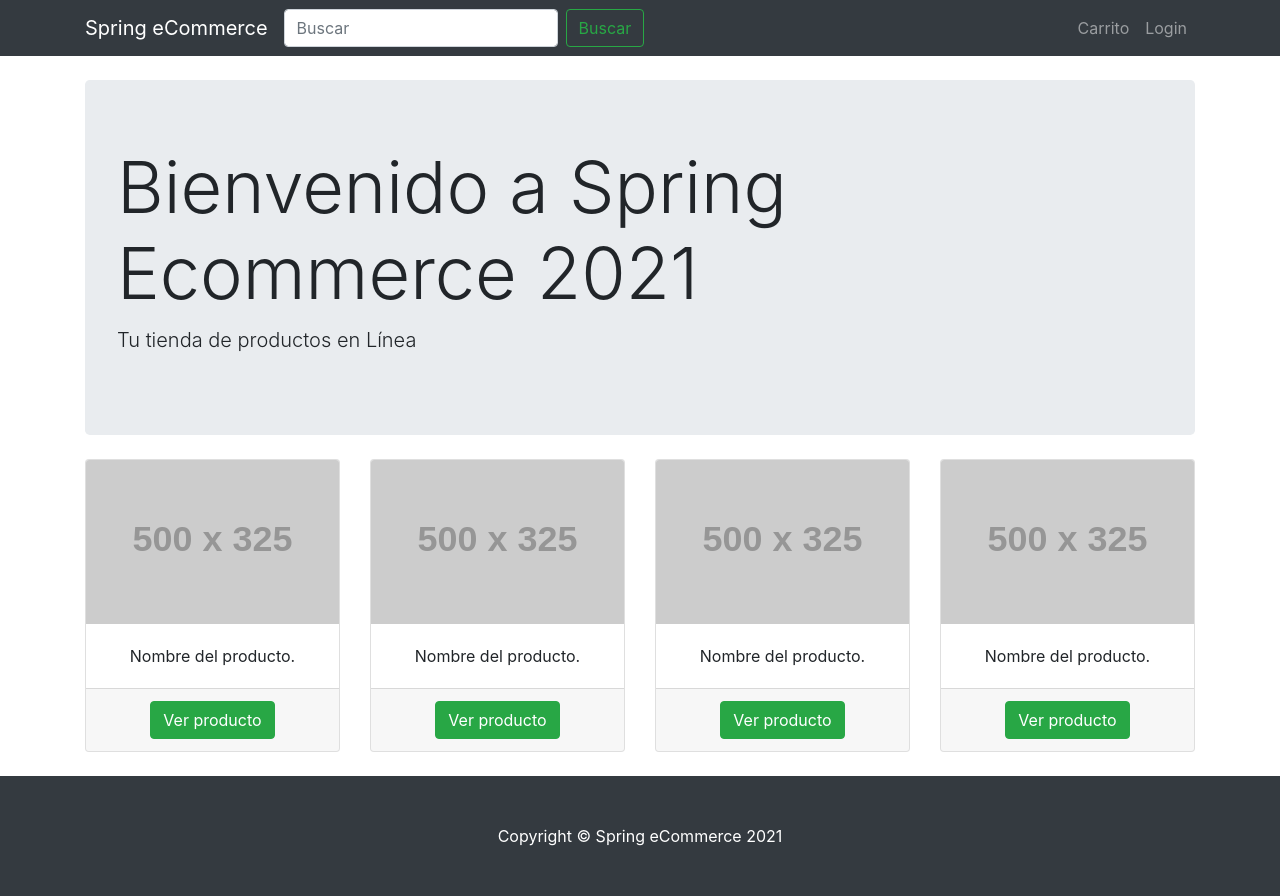
Repository: alexpool1122/Caso_Final_Laboratorio
Page: http://localhost/index
These files come from the project's save history. The page is drawn as it stood at one moment and after a run of saves; the edit follows.
The browser window is 1280 px wide. The pictures show the whole page.
The page is this project's Thymeleaf template; nobody is signed in. Other server files are loaded and not shown. The template is opened directly, without the code that normally fills it, so the values that code supplies are empty.

Above is the page before, as saved 2023-11-23 09:16:28.

### CasoFinal/src/main/resources/templates/index.html
<!DOCTYPE html>
<html xmlns="http://www.w3.org/1999/xhtml" xmlns:th="http://www.thymeleaf.org">
<head>
  <meta charset="utf-8">
  <meta name="viewport" content="width=device-width, initial-scale=1, shrink-to-fit=no">
  <meta name="description" content="">
  <meta name="author" content="">
  <title>Reservas</title>

<link th:href="@{vendor/bootstrap/css/bootstrap.min.css}" rel="stylesheet">

<link th:href="@{css/heroic-features.css}" rel="stylesheet">

</head>

<body>

  <div th:include="templado_header_footer.html::header"></div>

    <!-- Page Content -->
    <div class="container">

      <!-- Jumbotron Header -->
      <header class="jumbotron my-4">
        <h1 class="display-3">Bienvenido a Spring Ecommerce 2021</h1>
        <p class="lead">Tu tienda de productos en Línea</p>
      </header>

      <!-- Page Features -->
      <div class="row text-center">

        <div class="col-lg-3 col-md-6 mb-4">
          <div class="card h-100">
            <img class="card-img-top" src="http://placehold.it/500x325" alt="">
            <div class="card-body">
              <p class="card-text">Nombre del producto.</p>
            </div>
            <div class="card-footer">
              <a href="productohome.html" class="btn btn-success">Ver producto</a>
            </div>
          </div>
        </div>

        <div class="col-lg-3 col-md-6 mb-4">
          <div class="card h-100">
            <img class="card-img-top" src="http://placehold.it/500x325" alt="">
            <div class="card-body">
              <p class="card-text">Nombre del producto.</p>
            </div>
            <div class="card-footer">
              <a href="#" class="btn btn-success">Ver producto</a>
            </div>
          </div>
        </div>

        <div class="col-lg-3 col-md-6 mb-4">
          <div class="card h-100">
            <img class="card-img-top" src="http://placehold.it/500x325" alt="">
            <div class="card-body">
              <p class="card-text">Nombre del producto.</p>
            </div>
            <div class="card-footer">
              <a href="#" class="btn btn-success">Ver producto</a>
            </div>
          </div>
        </div>
        <div class="col-lg-3 col-md-6 mb-4">
          <div class="card h-100">
            <img class="card-img-top" src="http://placehold.it/500x325" alt="">
            <div class="card-body">
              <p class="card-text">Nombre del producto.</p>
            </div>
            <div class="card-footer">
              <a href="#" class="btn btn-success">Ver producto</a>
            </div>
          </div>
        </div>

      </div>
      <!-- /.row -->

    </div>
    <!-- /.container -->

    <!-- Footer -->
    <footer class="py-5 bg-dark">
      <div class="container">
        <p class="m-0 text-center text-white">Copyright &copy; Spring eCommerce 2021</p>
      </div>

    </footer>

    <script th:src="@{vendor/jquery/jquery.min.js}"></script>
    <script th:src="@{vendor/bootstrap/js/bootstrap.bundle.min.js}"></script>

  </body>

  </html>

### CasoFinal/src/main/resources/templates/templado_header_footer.html
<!DOCTYPE html>
<html xmlns="http://www.w3.org/1999/xhtml" xmlns:th="http://www.thymeleaf.org">

<head>
	<meta charset="utf-8">
	<meta name="viewport" content="width=device-width, initial-scale=1, shrink-to-fit=no">
	<meta name="description" content="">
	<meta name="author" content="">
	<title>Reservas</title>

	<link th:href="@{vendor/bootstrap/css/bootstrap.min.css}" rel="stylesheet">

	<link th:href="@{css/heroic-features.css}" rel="stylesheet">

</head>

<body>

	<div th:fragment="header">
		<nav class="navbar navbar-expand-lg navbar-dark bg-dark fixed-top">
			<div class="container">
				<a class="navbar-brand" href="#">Spring eCommerce</a>

				<form class="form-inline my-2 my-lg-0" method="post" action="#">
					<input class="form-control mr-sm-2" type="search" placeholder="Buscar" aria-label="Search"
						name="nombre" autocomplete="off">
					<button class="btn btn-outline-success my-2 my-sm-0" type="submit">Buscar</button>
				</form>


				<button class="navbar-toggler" type="button" data-toggle="collapse" data-target="#navbarResponsive"
					aria-controls="navbarResponsive" aria-expanded="false" aria-label="Toggle navigation">
					<span class="navbar-toggler-icon"></span>
				</button>
				<div class="collapse navbar-collapse" id="navbarResponsive">
					<ul class="navbar-nav ml-auto">
						<li class="nav-item"><a class="nav-link" href="carrito.html">Carrito</a></li>
						<li class="nav-item"><a class="nav-link" href="login.html">Login</a></li>
					</ul>
				</div>
			</div>
		</nav>
	</div>

	<div th:fragment="footer">
		<footer class="py-5 bg-dark">
			<div class="container">
				<p class="m-0 text-center text-white">Copyright &copy; Spring eCommerce 2021</p>
			</div>

		</footer>
	</div>
	<script th:src="@{vendor/jquery/jquery.min.js}"></script>
	<script th:src="@{vendor/bootstrap/js/bootstrap.bundle.min.js}"></script>

</body>

</html>

Loaded but not shown: CasoFinal/src/main/resources/static/css/heroic-features.css (common file)

After the next 2 saves:
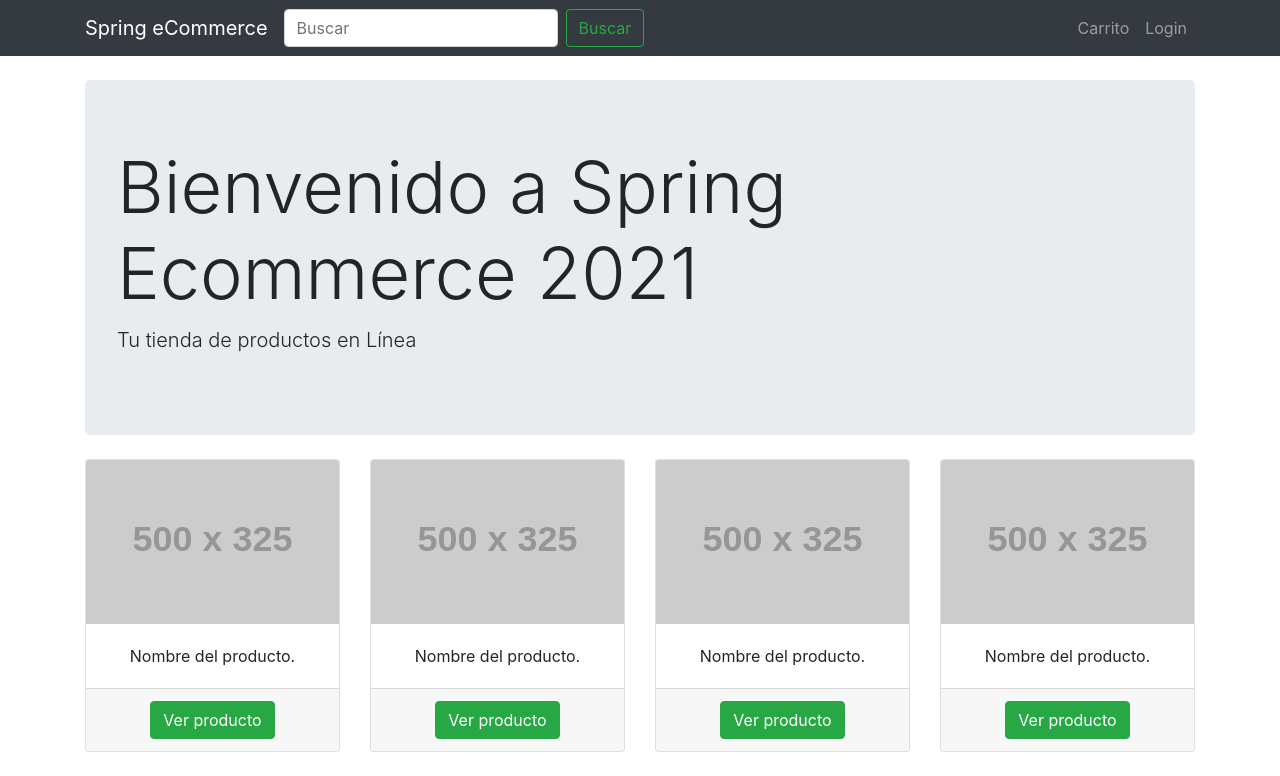
The 2 saves are shown as one change because they came seconds apart.
The last was saved 37 s later.
--- a/CasoFinal/src/main/resources/templates/index.html
+++ b/CasoFinal/src/main/resources/templates/index.html
@@ -1,98 +1,94 @@
 <!DOCTYPE html>
 <html xmlns="http://www.w3.org/1999/xhtml" xmlns:th="http://www.thymeleaf.org">
+
 <head>
-  <meta charset="utf-8">
-  <meta name="viewport" content="width=device-width, initial-scale=1, shrink-to-fit=no">
-  <meta name="description" content="">
-  <meta name="author" content="">
-  <title>Reservas</title>
+	<meta charset="utf-8">
+	<meta name="viewport" content="width=device-width, initial-scale=1, shrink-to-fit=no">
+	<meta name="description" content="">
+	<meta name="author" content="">
+	<title>Reservas</title>
 
-<link th:href="@{vendor/bootstrap/css/bootstrap.min.css}" rel="stylesheet">
+	<link th:href="@{vendor/bootstrap/css/bootstrap.min.css}" rel="stylesheet">
 
-<link th:href="@{css/heroic-features.css}" rel="stylesheet">
+	<link th:href="@{css/heroic-features.css}" rel="stylesheet">
 
 </head>
 
 <body>
 
-  <div th:include="templado_header_footer.html::header"></div>
+	<div th:include="templado_header_footer.html::header"></div>
 
-    <!-- Page Content -->
-    <div class="container">
+	<!-- Page Content -->
+	<div class="container">
 
-      <!-- Jumbotron Header -->
-      <header class="jumbotron my-4">
-        <h1 class="display-3">Bienvenido a Spring Ecommerce 2021</h1>
-        <p class="lead">Tu tienda de productos en Línea</p>
-      </header>
+		<!-- Jumbotron Header -->
+		<header class="jumbotron my-4">
+			<h1 class="display-3">Bienvenido a Spring Ecommerce 2021</h1>
+			<p class="lead">Tu tienda de productos en Línea</p>
+		</header>
 
-      <!-- Page Features -->
-      <div class="row text-center">
+		<!-- Page Features -->
+		<div class="row text-center">
 
-        <div class="col-lg-3 col-md-6 mb-4">
-          <div class="card h-100">
-            <img class="card-img-top" src="http://placehold.it/500x325" alt="">
-            <div class="card-body">
-              <p class="card-text">Nombre del producto.</p>
-            </div>
-            <div class="card-footer">
-              <a href="productohome.html" class="btn btn-success">Ver producto</a>
-            </div>
-          </div>
-        </div>
+			<div class="col-lg-3 col-md-6 mb-4">
+				<div class="card h-100">
+					<img class="card-img-top" src="http://placehold.it/500x325" alt="">
+					<div class="card-body">
+						<p class="card-text">Nombre del producto.</p>
+					</div>
+					<div class="card-footer">
+						<a href="productohome.html" class="btn btn-success">Ver producto</a>
+					</div>
+				</div>
+			</div>
 
-        <div class="col-lg-3 col-md-6 mb-4">
-          <div class="card h-100">
-            <img class="card-img-top" src="http://placehold.it/500x325" alt="">
-            <div class="card-body">
-              <p class="card-text">Nombre del producto.</p>
-            </div>
-            <div class="card-footer">
-              <a href="#" class="btn btn-success">Ver producto</a>
-            </div>
-          </div>
-        </div>
+			<div class="col-lg-3 col-md-6 mb-4">
+				<div class="card h-100">
+					<img class="card-img-top" src="http://placehold.it/500x325" alt="">
+					<div class="card-body">
+						<p class="card-text">Nombre del producto.</p>
+					</div>
+					<div class="card-footer">
+						<a href="#" class="btn btn-success">Ver producto</a>
+					</div>
+				</div>
+			</div>
 
-        <div class="col-lg-3 col-md-6 mb-4">
-          <div class="card h-100">
-            <img class="card-img-top" src="http://placehold.it/500x325" alt="">
-            <div class="card-body">
-              <p class="card-text">Nombre del producto.</p>
-            </div>
-            <div class="card-footer">
-              <a href="#" class="btn btn-success">Ver producto</a>
-            </div>
-          </div>
-        </div>
-        <div class="col-lg-3 col-md-6 mb-4">
-          <div class="card h-100">
-            <img class="card-img-top" src="http://placehold.it/500x325" alt="">
-            <div class="card-body">
-              <p class="card-text">Nombre del producto.</p>
-            </div>
-            <div class="card-footer">
-              <a href="#" class="btn btn-success">Ver producto</a>
-            </div>
-          </div>
-        </div>
+			<div class="col-lg-3 col-md-6 mb-4">
+				<div class="card h-100">
+					<img class="card-img-top" src="http://placehold.it/500x325" alt="">
+					<div class="card-body">
+						<p class="card-text">Nombre del producto.</p>
+					</div>
+					<div class="card-footer">
+						<a href="#" class="btn btn-success">Ver producto</a>
+					</div>
+				</div>
+			</div>
+			<div class="col-lg-3 col-md-6 mb-4">
+				<div class="card h-100">
+					<img class="card-img-top" src="http://placehold.it/500x325" alt="">
+					<div class="card-body">
+						<p class="card-text">Nombre del producto.</p>
+					</div>
+					<div class="card-footer">
+						<a href="#" class="btn btn-success">Ver producto</a>
+					</div>
+				</div>
+			</div>
 
-      </div>
-      <!-- /.row -->
+		</div>
+		<!-- /.row -->
 
-    </div>
-    <!-- /.container -->
+	</div>
+	<!-- /.container -->
 
-    <!-- Footer -->
-    <footer class="py-5 bg-dark">
-      <div class="container">
-        <p class="m-0 text-center text-white">Copyright &copy; Spring eCommerce 2021</p>
-      </div>
+	<div th:include="templado_header_footer.html::header"></div>
 
-    </footer>
 
-    <script th:src="@{vendor/jquery/jquery.min.js}"></script>
-    <script th:src="@{vendor/bootstrap/js/bootstrap.bundle.min.js}"></script>
+	<script th:src="@{vendor/jquery/jquery.min.js}"></script>
+	<script th:src="@{vendor/bootstrap/js/bootstrap.bundle.min.js}"></script>
 
-  </body>
+</body>
 
-  </html>
+</html>

After the save that followed:
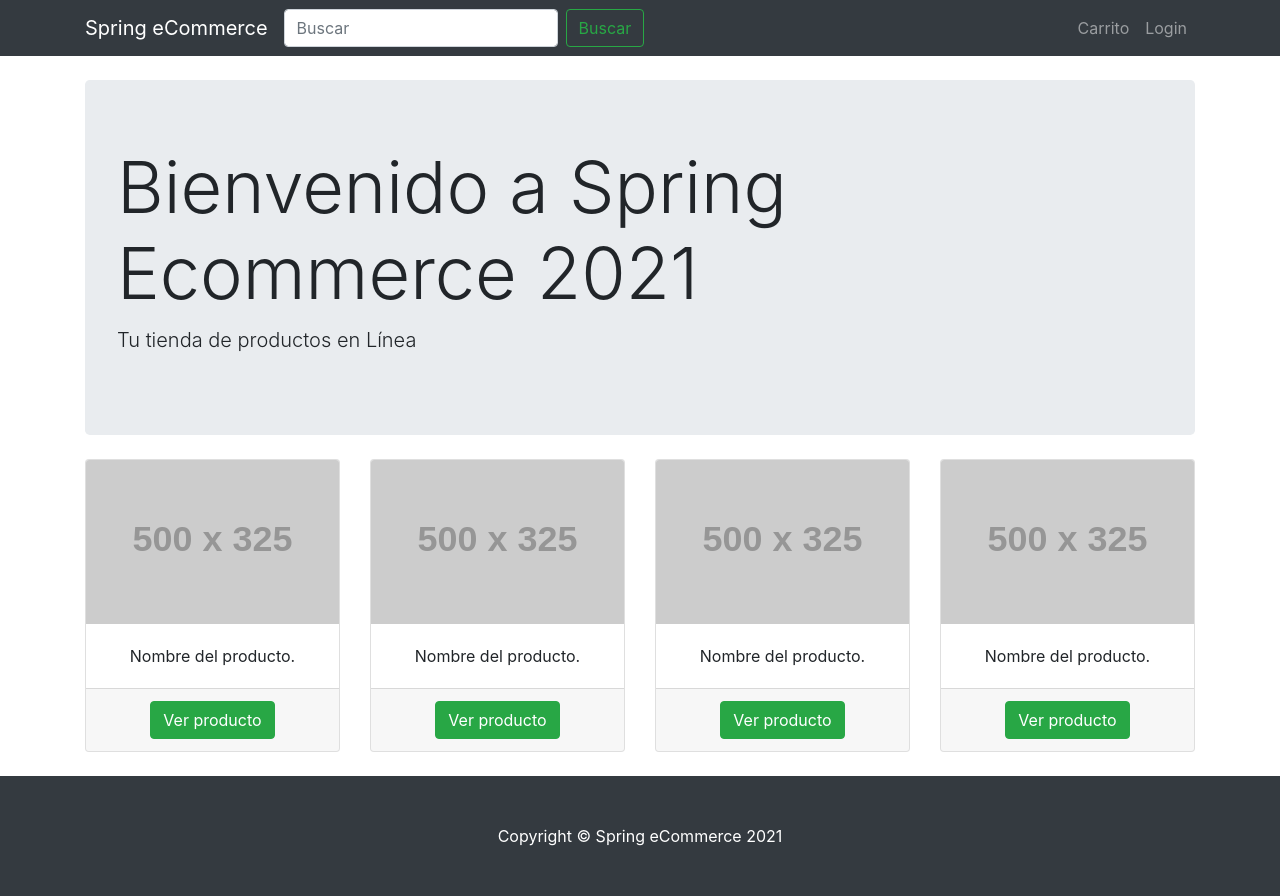
Saved 13 s later.
--- a/CasoFinal/src/main/resources/templates/index.html
+++ b/CasoFinal/src/main/resources/templates/index.html
@@ -83,7 +83,7 @@
 	</div>
 	<!-- /.container -->
 
-	<div th:include="templado_header_footer.html::header"></div>
+	<div th:include="templado_header_footer.html::footer"></div>
 
 
 	<script th:src="@{vendor/jquery/jquery.min.js}"></script>
